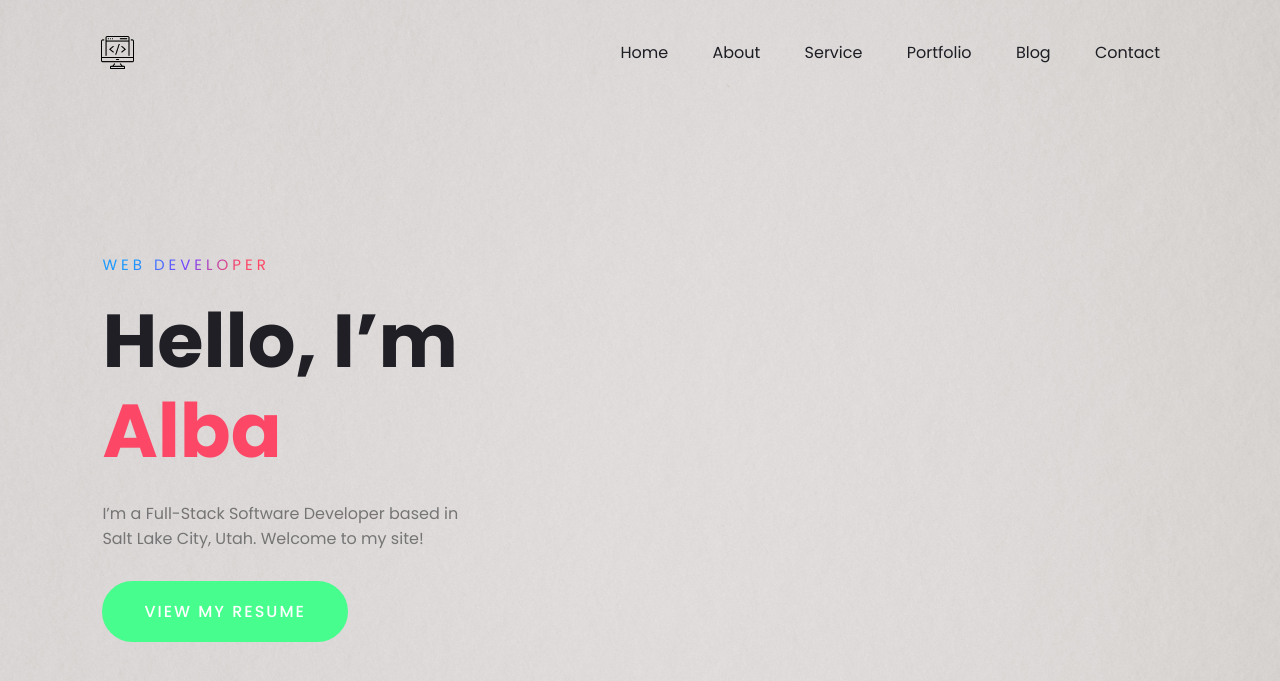
Repository: pilar122/port
Page: index.html
The author's editor kept a copy of each file at every save. The page is drawn from the files as they stood at one save, then again after the next save.
The browser window is 1280 px wide. The pictures show the whole page.

Above is the page before, as saved 2022-01-29 12:30:56.

### index.html
<!DOCTYPE html>
<html lang="en">
<head>
    <meta charset="UTF-8">
    <title>Personal Portfolio Website</title>
    <!----CSS link----->
    <link rel="stylesheet" href="style.css">
</head>
<body>
    <div class="hero">
        <nav>
            <img src="./img/coding.png" class="logo">
            <ul>
                <li><a href="#">Home</a></li>
                <li><a href="#">About</a></li>
                <li><a href="#">Service</a></li>
                <li><a href="#">Portfolio</a></li>
                <li><a href="#">Blog</a></li>
                <li><a href="#">Contact</a></li>
            </ul>

        </nav>
        <div class="content">
            <span class="title">Web Developer</span>
            <h1>Hello, I’m <span>Alba</span></h1>
            <p>I’m a Full-Stack Software Developer based in Salt Lake City, Utah. Welcome to my site!</p>
            <a href="https://docs.google.com/document/d/1-5NqQs53X55snoyWaPBF-iuk-xL4VE2I0psmDuApD5Q/edit?usp=sharing" class="btn"> View my Resume</a>
        </div>
    </div>
</body>
</html>

### style.css
@import url('https://fonts.googleapis.com/css2?family=Poppins:wght@400;500;600;700&display=swap');
*{
    margin: 0;
    padding: 0;
    box-sizing: border-box;
    font-family: 'Poppins', sans-serif;
}
a{
    text-decoration: none;
}
.hero{
    width: 100%;
    height: 100vh;
    background: url(img/bg1.jpg);
    background-size: cover;
}
nav{
    display: flex;
    align-items: center;
    justify-content: space-between;
    padding: 30px 100px;
}
.logo{
    max-height: 35px;
}
nav ul li{
    list-style: none;
    display: inline-block;
    padding: 10px 20px;
}
nav ul li a{
    color: #1d1d24;
    position: relative;
    padding: 5px 0;
}
nav ul li a:hover{
    color: #fd4766;
}
nav ul li a:after{
    content: "";
    position: absolute;
    left: 0;
    width: 0;
    height: 3px;
    background: #fd4766;
    transition: .3s;
    bottom: 0;
}
nav ul li a:hover:after{
    width: 100%;
}
.btn{
    color: #fff;
    font-size: 16px;
    text-transform: uppercase;
    letter-spacing: 2px;
    padding: 16px 40px;
    border-radius: 500px;
    display: inline-block;
    font-weight: 500;
    transition: all .4s ease-in-out;
    background-size: 152% 100%;
    background: #47fd8d;
    border: 2px solid #47fd8d;
}
.btn:hover{
    background: transparent;
    border-color: #fd4766;
    color: #fd4766;
}
.content{
    position: absolute;
    top: 35%;
    left: 8%;
}
.content .title{
    color: #1f1f25;
    font-size: 15px;
    text-transform: uppercase;
    letter-spacing: 4px;
    display: inline-block;
    margin-bottom: 20px;
    background: linear-gradient(120deg, #1c99fe 20.69%, #7644ff 50.19%,#fd4766 79.69%);
    -webkit-background-clip: text;
    -webkit-text-fill-color: transparent;
}
.content h1{
    color: #1f1f25;
    font-size: 75px;
    font-weight: 900;
    line-height: 90px;
    text-transform: inherit;
    width: 70%;
}
.content h1 span{
    color: #fd4766;
}
.content p{
    width: 55%;
    color: #757575;
    margin-top: 25px;
    margin-bottom: 30px;
}

After the next save:
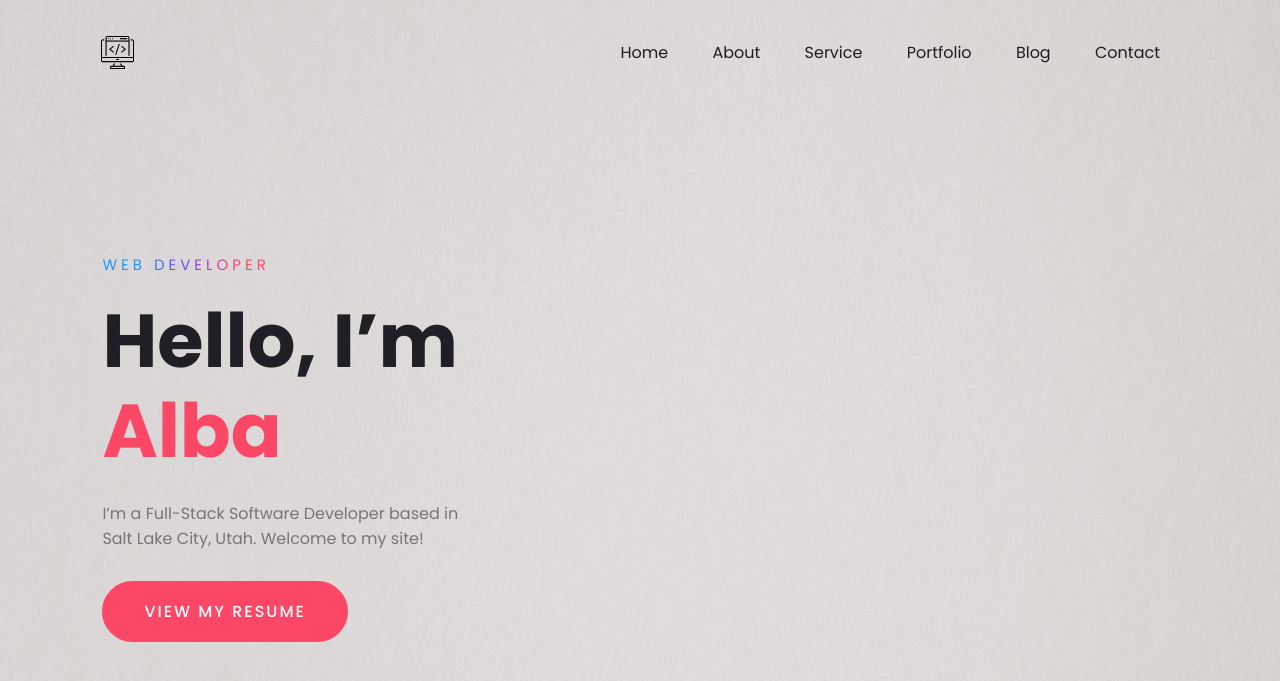
Saved 29 s later.
--- a/style.css
+++ b/style.css
@@ -60,8 +60,8 @@ nav ul li a:hover:after{
     font-weight: 500;
     transition: all .4s ease-in-out;
     background-size: 152% 100%;
-    background: #47fd8d;
-    border: 2px solid #47fd8d;
+    background: #fd4766;
+    border: 2px solid #fd4766;
 }
 .btn:hover{
     background: transparent;
